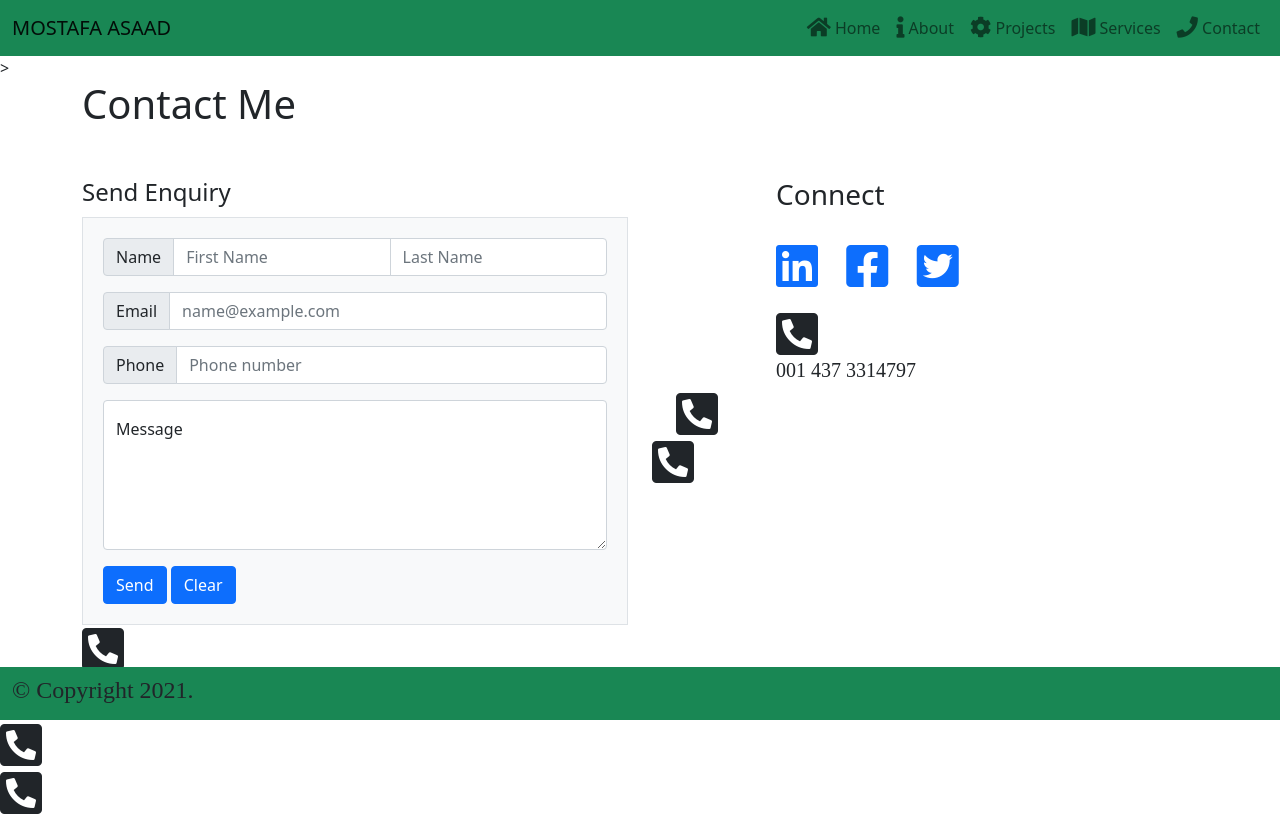
Repository: Mostafa-Asaad/Portfolio
Page: http://localhost/contact
These files come from the project's save history. The page is drawn as it stood at one moment and after the next save; the edit follows.
The browser window is 1280 px wide. The pictures show the whole page.
The page is served by the project's Node server (index.js). Other server files are loaded and not shown.

Above is the page before, as saved 2021-06-04 17:05:18.

### Server/Views/index.ejs
<!DOCTYPE html>
<html lang="en">
<head>
  <meta charset="UTF-8">
  <meta http-equiv="X-UA-Compatible" content="IE=edge">
  <meta name="viewport" content="width=device-width, initial-scale=1.0">
  <title><%= title %></title>
  <!-- CSS Section -->
  <link rel="stylesheet" href="/bootstrap/dist/css/bootstrap.min.css">
  <link rel="stylesheet" href="/@fortawesome/fontawesome-free/css/all.min.css">
  <link rel="stylesheet" href="/Content/app.css">
</head>
<body>
  <!-- Navigation Section -->
 <header>
  <%- include('./components/header.ejs') %>
 </header>

  <!--Main Content-->>
  <main>
    <%- include('./content/' + page + '.ejs') %>
  </main>

  <!-- Bottom Nav -->
  <footer>
    <%- include('./components/footer.ejs') %>
  </footer>

  <!-- JavaScript Section -->
  <script src="/jquery/dist/jquery.min.js"></script>
  <script src="/bootstrap/dist/js/bootstrap.min.js"></script>
  <script src="/Scripts/app.js"></script>
</body>
</html>

### Server/Views/components/header.ejs
<nav class="navbar navbar-expand-lg navbar-light bg-success">
    <div class="container-fluid">
      <a class="navbar-brand" href="#">MOSTAFA ASAAD</a>
      <button class="navbar-toggler" type="button" data-bs-toggle="collapse" data-bs-target="#navbarSupportedContent" aria-controls="navbarSupportedContent" aria-expanded="false" aria-label="Toggle navigation">
        <span class="navbar-toggler-icon"></span>
      </button>
      <div class="collapse navbar-collapse" id="navbarSupportedContent">
        <ul class="navbar-nav ms-auto mb-2 mb-lg-0">
          <li class="nav-item">
            <a class="nav-link" href="/home"><i class="fas fa-home fa-lg"></i> Home</a>
          </li>
          <li class="nav-item">
            <a class="nav-link" href="/about"><i class="fas fa-info fa-lg"></i> About</a>
          </li>
          <li class="nav-item">
            <a class="nav-link" href="/projects"><i class="fas fa-cog fa-lg"></i> Projects</a>
          </li>
          <li class="nav-item">
            <a class="nav-link" href="/services"><i class="fas fa-map fa-lg"></i> Services</a>
          </li>
          <li class="nav-item">
            <a class="nav-link" href="/contact"><i class="fas fa-phone fa-lg"></i> Contact</a>
          </li>
        </ul>
      </div>
    </div>
  </nav>

### Server/Views/content/contact.ejs

<!-- Page Title -->
<div class="container" style= "margin-bottom:50px;" >
  <h1>Contact Me</h1>
</div>

<!-- Message form -->

<div class="container">
  <div class="row align-items-start">
    <div class="col-6">
      <div style= "margin-bottom:10px;">
       <h4>Send Enquiry</h4>
      </div>
      <div class="col border border-bottom rounded-lg bg-light">
       <div style= "margin:20px;">
    <!-- First and last name -->
          <div class="input-group mb-3"  >
            <span class="input-group-text">Name</span>
            <input type="text" placeholder="First Name" aria-label="First name" class="form-control">
            <input type="text" placeholder="Last Name" aria-label="Last name" class="form-control">
          </div>
    <!-- email Form -->
          <div class="input-group flex-nowrap mb-3">
            <span class="input-group-text" id="addon-wrapping">Email</span>
            <input type="text" class="form-control" placeholder="name@example.com" aria-label="email address" aria-describedby="addon-wrapping">
           </div>
    <!-- Phone number -->
          <div class="input-group mb-3">
            <span class="input-group-text" id="inputGroup-sizing-default">Phone</span>
            <input type="text" placeholder="Phone number" class="form-control" aria-label="Sizing example input" aria-describedby="inputGroup-sizing-default">
          </div>
    <!-- Comments -->
          <div class="form-floating mb-3">
            <textarea class="form-control" placeholder="Leave a comment here" id="floatingTextarea2" style="height: 150px"></textarea>
            <label for="floatingTextarea2">Message</label>
          </div>
    <!-- Click Buttons -->
          <input class="btn btn-primary" type="submit" value="Send" >
          <input class="btn btn-primary" type="submit" value="Clear" >
        </div>
      </div>
    </div>
  <!-- Connect Buttons -->
    <div class="col">
      <div class="container-fluid ">
        <div style= "margin-left:100px;">
          <div style= "margin-bottom:30px;">
            <h3>Connect</h3>
          </div>
          <div class="row align-items-start" style= "margin-bottom:20px;">
            <div class="col-2 margin-bottom:30px">
              <a class="link" href="https://www.linkedin.com/in/mostafa-asaad/"><i class="fab fa-linkedin fa-3x"></i></a>
            </div>
            <div class="col-2">
              <a class="link" href="https://www.facebook.com/"><i class="fab fa-facebook-square fa-3x"></i></a>
            </div>
            <div class="col-2">
              <a class="link" href="https://twitter.com/Moe_Asd"><i class="fab fa-twitter-square fa-3x"></i></a>
            </div>
          </div>
          <i class="fas fa-phone-square-alt fa-3x"><h5>001 437 3314797</h5>
        </div>
      </div>
    </div>
  </div>
 </div>

### Server/Views/components/footer.ejs
<nav class="navbar fixed-bottom navbar-success bg-success">
    <div class="container-fluid">
      <h4>&copy; Copyright 2021.</h4>
    </div>
  </nav>

### index.js
#!/usr/bin/env node
"use strict";
var __importDefault = (this && this.__importDefault) || function (mod) {
    return (mod && mod.__esModule) ? mod : { "default": mod };
};
Object.defineProperty(exports, "__esModule", { value: true });
const app_1 = __importDefault(require("./Server/Config/app"));
const debug_1 = __importDefault(require("debug"));
debug_1.default('week-4d:server');
const http_1 = __importDefault(require("http"));
let port = normalizePort(process.env.PORT || '3000');
app_1.default.set('port', port);
let server = http_1.default.createServer(app_1.default);
server.listen(port);
server.on('error', onError);
server.on('listening', onListening);
function normalizePort(val) {
    let port = parseInt(val, 10);
    if (isNaN(port)) {
        return val;
    }
    if (port >= 0) {
        return port;
    }
    return false;
}
function onError(error) {
    if (error.syscall !== 'listen') {
        throw error;
    }
    var bind = typeof port === 'string'
        ? 'Pipe ' + port
        : 'Port ' + port;
    switch (error.code) {
        case 'EACCES':
            console.error(bind + ' requires elevated privileges');
            process.exit(1);
            break;
        case 'EADDRINUSE':
            console.error(bind + ' is already in use');
            process.exit(1);
            break;
        default:
            throw error;
    }
}
function onListening() {
    let addr = server.address();
    let bind = typeof addr === 'string'
        ? 'pipe ' + addr
        : 'port ' + addr.port;
    debug_1.default('Listening on ' + bind);
}
//# sourceMappingURL=index.js.map

### Server/Routes/index.js
"use strict";
var __importDefault = (this && this.__importDefault) || function (mod) {
    return (mod && mod.__esModule) ? mod : { "default": mod };
};
Object.defineProperty(exports, "__esModule", { value: true });
const express_1 = __importDefault(require("express"));
const router = express_1.default.Router();
exports.default = router;
router.get('/', function (req, res, next) {
    res.render('index', { title: 'Home', page: 'home' });
});
router.get('/home', function (req, res, next) {
    res.render('index', { title: 'Home', page: 'home' });
});
router.get('/about', function (req, res, next) {
    res.render('index', { title: 'About Us', page: 'about' });
});
router.get('/projects', function (req, res, next) {
    res.render('index', { title: 'Our Projects', page: 'projects' });
});
router.get('/services', function (req, res, next) {
    res.render('index', { title: 'Our Services', page: 'services' });
});
router.get('/contact', function (req, res, next) {
    res.render('index', { title: 'Contact Us', page: 'contact' });
});
//# sourceMappingURL=index.js.map

### Client/Content/app.css
/* your custom css goes here */

### Client/Scripts/app.js
"use strict";
(function () {
    function Start() {
        console.log("App Started");
    }
    window.addEventListener("load", Start);
})();
//# sourceMappingURL=app.js.map

After the next save:
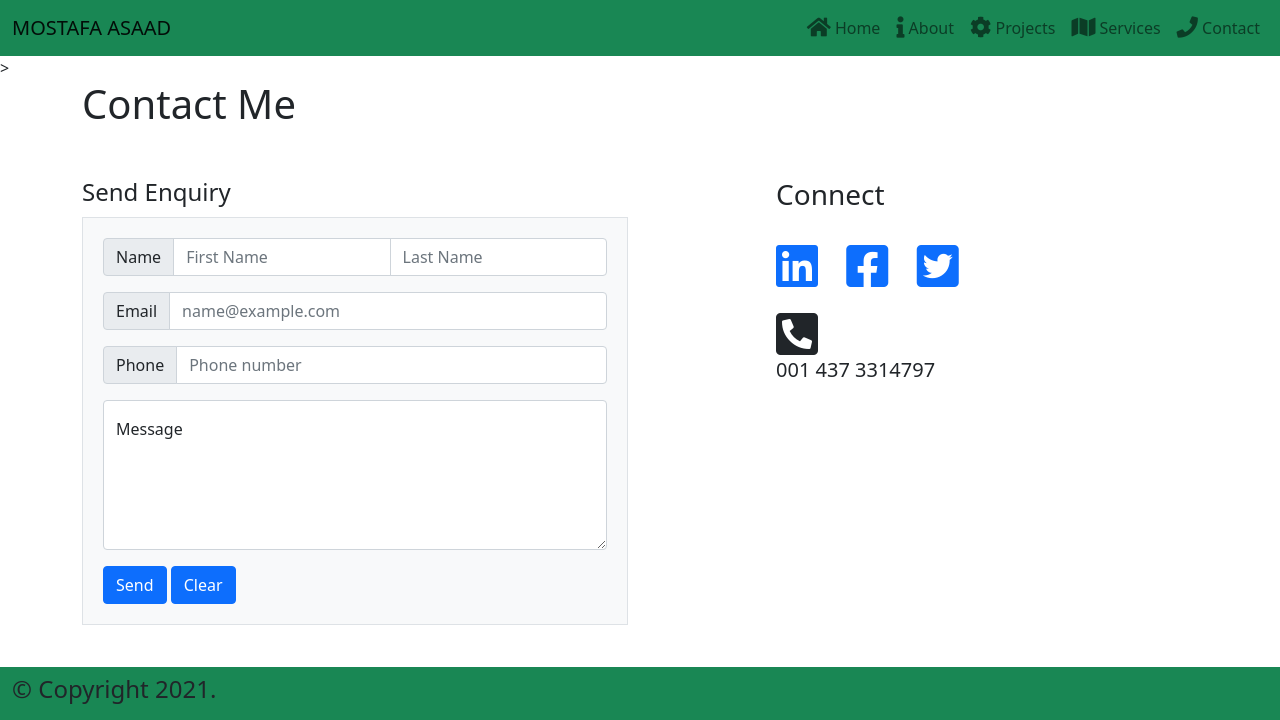
Saved 29 s later.
--- a/Server/Views/content/contact.ejs
+++ b/Server/Views/content/contact.ejs
@@ -59,7 +59,7 @@
               <a class="link" href="https://twitter.com/Moe_Asd"><i class="fab fa-twitter-square fa-3x"></i></a>
             </div>
           </div>
-          <i class="fas fa-phone-square-alt fa-3x"><h5>001 437 3314797</h5>
+          <i class="fas fa-phone-square-alt fa-3x"></i><h5>001 437 3314797</h5>
         </div>
       </div>
     </div>
